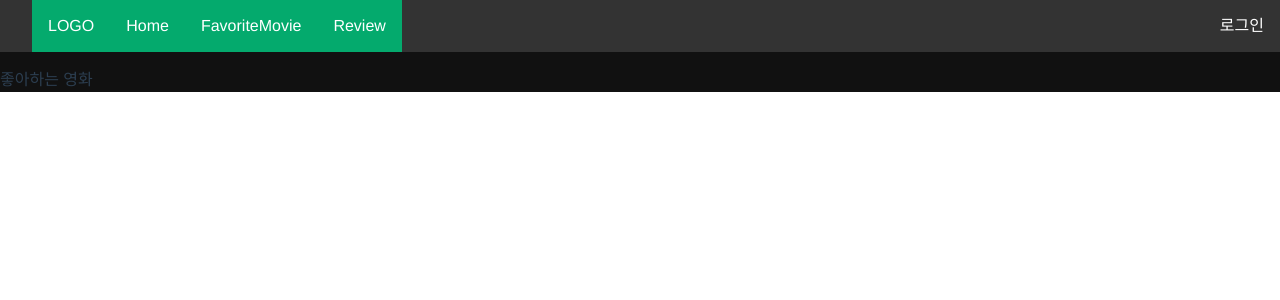
Repository: chomyoenggeun/linkedmovie
Page: /favorite-movie (app in front/)
The author's editor kept a copy of each file at every save. The page is drawn from the files as they stood at one save, then again after the next save.
The browser window is 1280 px wide. The pictures show the whole page.
The project was rebuilt for these pictures with package versions that can differ from the ones it lists, and the page was loaded fresh each time. Also part of the build but not shown: front/vue.config.js, front/src/components/MovieCard.vue, front/src/views/Home.vue, front/src/views/accounts/Account.vue, front/src/views/accounts/Login.vue, front/src/views/accounts/Signup.vue, front/src/views/Mypage.vue, front/src/components/DmovieReviewItem.vue and 10 more.

Above is the page before, as saved 2021-11-24 05:22:30.

After the next save:
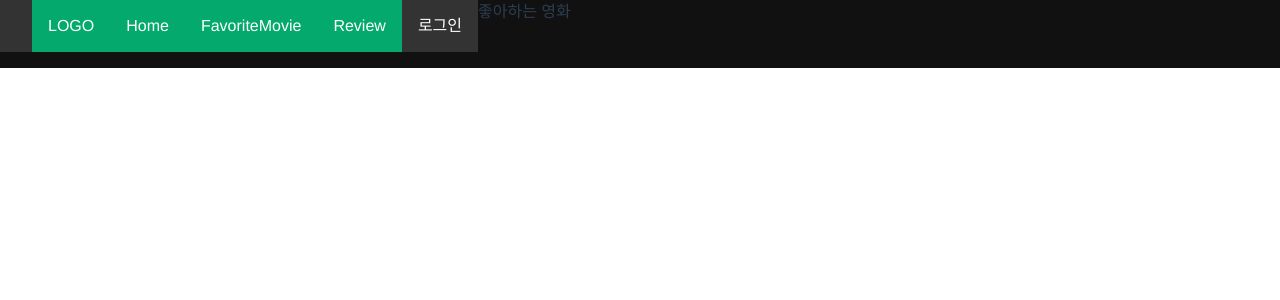
Saved 16 s later.
--- a/front/src/App.vue
+++ b/front/src/App.vue
@@ -1,5 +1,5 @@
 <template>
-  <div id="app">
+  <div id="app" class="nav">
     <ul class="horizontal">
       <li><router-link class="active" to="/home">LOGO</router-link></li>
       <li><router-link class="active" to="/home">Home</router-link></li>

After the save that followed:
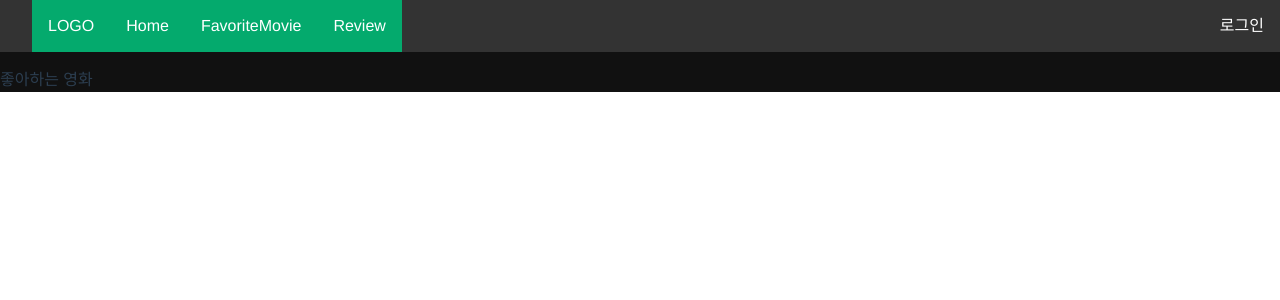
Saved 17 s later.
--- a/front/src/App.vue
+++ b/front/src/App.vue
@@ -1,5 +1,5 @@
 <template>
-  <div id="app" class="nav">
+  <div id="app">
     <ul class="horizontal">
       <li><router-link class="active" to="/home">LOGO</router-link></li>
       <li><router-link class="active" to="/home">Home</router-link></li>
